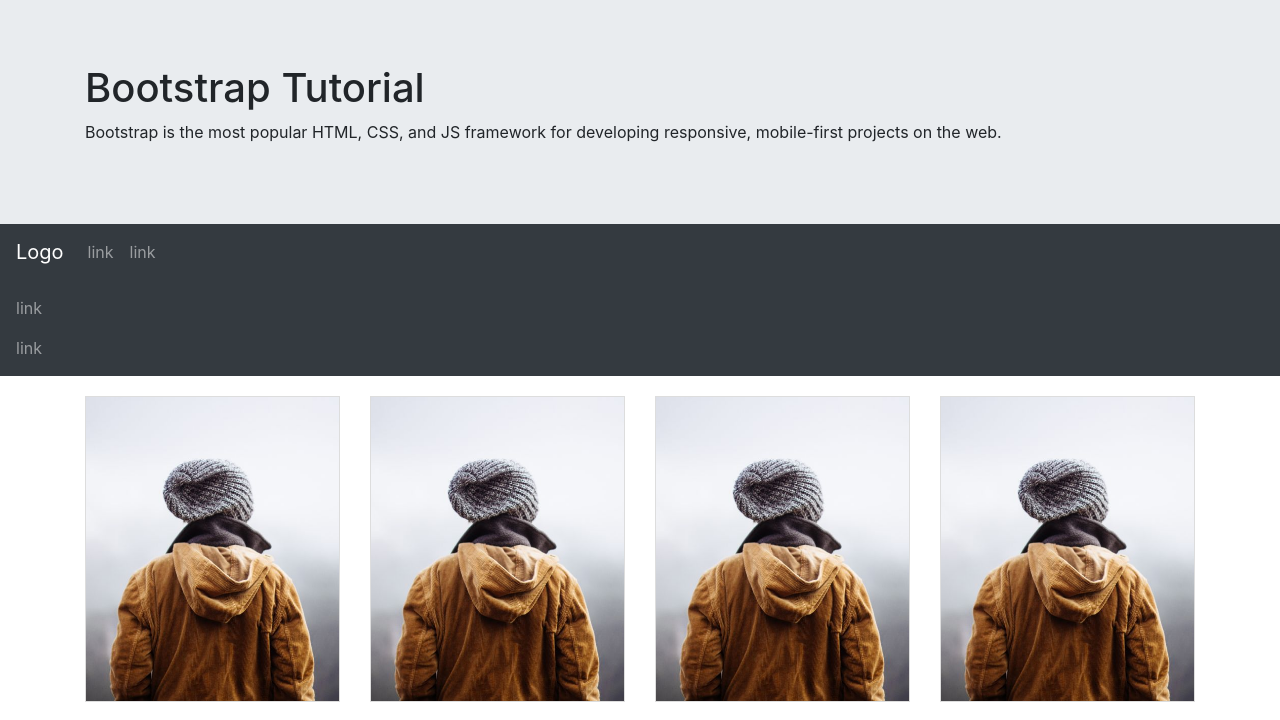
Repository: jwsimhj97/jwork_n
Page: JSPProject/WebContent/03-08/bootexam.html
The author's editor kept a copy of each file at every save. The page is drawn from the files as they stood at one save, then again after the next save.
The browser window is 1280 px wide. The pictures show the whole page.

Above is the page before, as saved 2022-03-08 06:47:27.

After the next save:
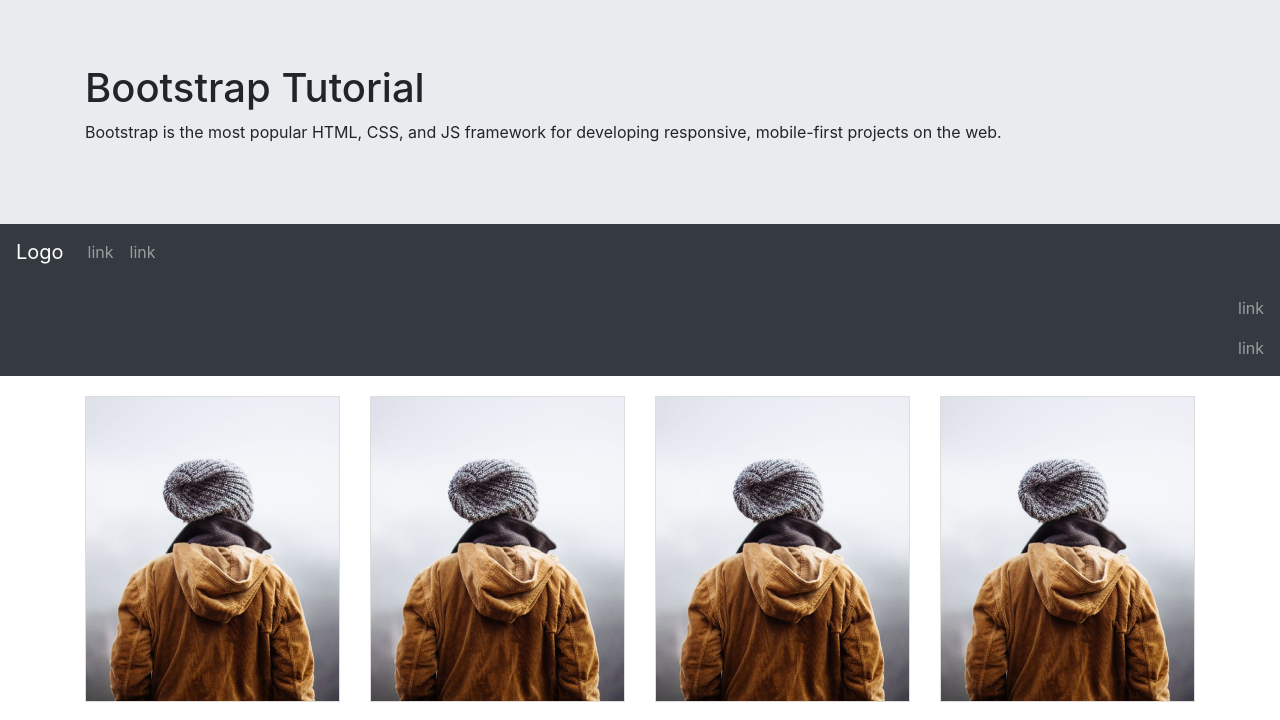
Saved 27 s later.
--- a/JSPProject/WebContent/03-08/bootexam.html
+++ b/JSPProject/WebContent/03-08/bootexam.html
@@ -13,7 +13,7 @@
   	.jumbotron{margin-bottom:0px !important;}
   	img{width:100%; margin-top:20px; border:1px solid #ddd;}
   	.smNav {-webkit-justify-content: space-between !important; justify-content: space-between !important;}
-  	.subNav{-webkit-justify-content: space-between !important; justify-content: space-between !important;}
+  	.subNav{-webkit-justify-content: space-between !important; justify-content: flex-end !important;}
 
   	/*lg사이즈 보다 작을 때(미만)*/
   	@media screen and (max-width:992px){
